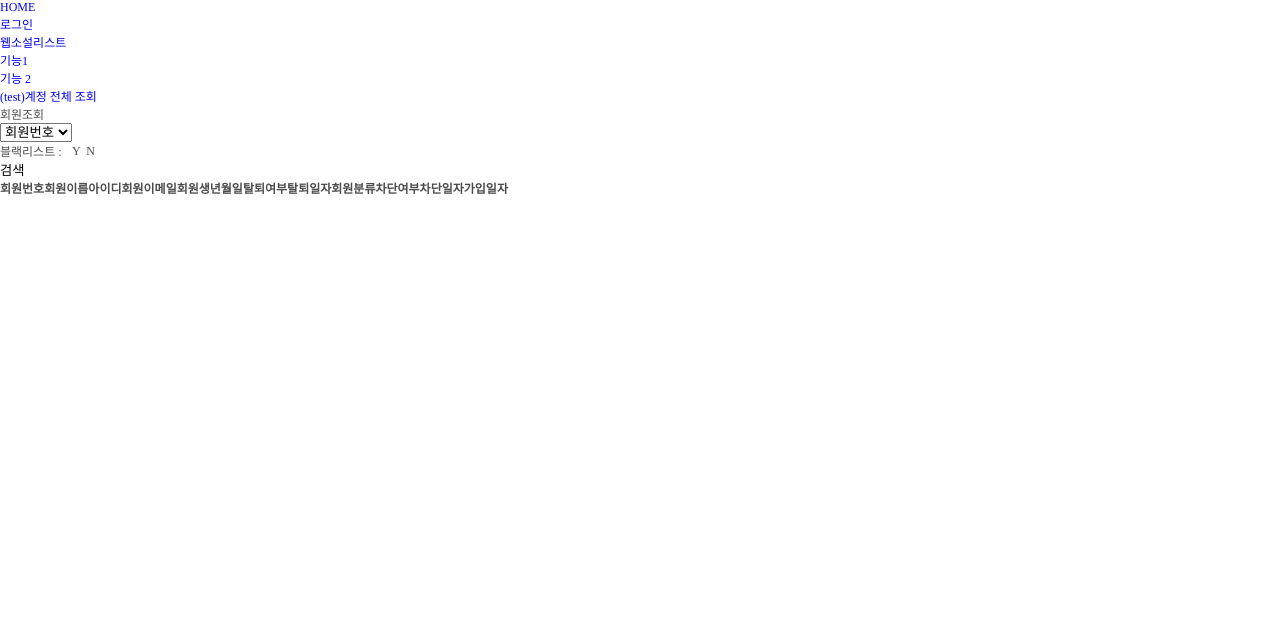
Repository: hoony0203/firstbook
Page: http://localhost/first_book/WEB-INF/views/admin/memberList.jsp
An editor plug-in stored every save of this project. The page is shown before and after the next save, followed by the edit.
The browser window is 1280 px wide. The pictures show the whole page.
The page is served by Tomcat 9. Nobody is signed in. Other server files are loaded and not shown. The template is opened directly, without the code that normally fills it, so the values that code supplies are empty.

Above is the page before, as saved 2021-04-09 13:47:10.

### first_book/web/WEB-INF/views/admin/memberList.jsp
<%@ page language="java" contentType="text/html; charset=UTF-8"
    pageEncoding="UTF-8"%>
<%@ taglib prefix="c" uri="http://java.sun.com/jsp/jstl/core" %>
<!DOCTYPE html>
<html>
<head>
<meta charset="UTF-8">
<title>Insert title here</title>
</head>

<link rel="stylesheet" href="/firstbook/resources/css/common/reset.css">

<style>


</style>

<body>
	<jsp:include page="../common/header.jsp"></jsp:include>

	<aside>

		<div id="memSearchFormHead" class="inbox"> 회원조회 </div>

		<div id="memSearchFormBody" class="inbox">
		<form action="">

			<table class="memSearchTable">
				<tr>
					<td>

					<select id="memSearchCondition" name="memSearchCondition">

						<option value="memNum">회원번호</option>
						<option value="name">이름</option>
						<option value="email">이메일</option>
						<option value="birthDate">생년월일</option>
						<option value="enrollDate">가입일시</option>

					</select>
					</td>

					<td> <input type="search" id="memSearchValue" name="memSearchValue"></td>
				</tr>

				<tr>
					<td> <label>블랙리스트 : </label>  </td>
					<td>

					<label>Y </label><input type="radio" name="blockCheck">
					<label>N </label><input type="radio" name="blockCheck" checked="checked">

					</td>
				</tr>
				<tr></tr>
				<tfoot>
				<tr>
					<td colspan="2"> <button type="button" class="btn">검색</button> </td>

				</tr>
				</tfoot>

			</table>

		</form>
		</div>




	</aside>


	<section>


	<table class="memList">

		<thead>
		<tr>
			<th>회원번호</th>
			<th>회원이름</th>
			<th>아이디</th>
			<th>회원이메일</th>
			<th>회원생년월일</th>
			<th>탈퇴여부</th>
			<th>탈퇴일자</th>
			<th>회원분류</th>
			<th>차단여부</th>
			<th>차단일자</th>
			<th>가입일자</th>

		</tr>
		</thead>

		<tbody>
		<c:forEach var="mem" items="${ requestScope.memList }">

			<tr>
				<td>${ mem.memNum }</td>
				<td>${ mem.memName }</td>
				<td>${ mem.memId }</td>
				<td>${ mem.memEmail }</td>
				<td>${ mem.memBirthDate }</td>
				<td>${ mem.memWithdrawYn }</td>
				<td>${ mem.memWithdrawDate }</td>
				<td>${ mem.memClass }</td>
				<td>${ mem.memBlockYn }</td>
				<td>${ mem.memBlockDate }</td>
				<td>${ mem.memEnrollDate }</td>
			</tr>

		</c:forEach>
		</tbody>
	</table>
	</section>


</body>
</html>

### first_book/web/WEB-INF/views/common/header.jsp
<%@ page language="java" contentType="text/html; charset=UTF-8"
    pageEncoding="UTF-8"%>
<%@ taglib prefix="c" uri="http://java.sun.com/jsp/jstl/core" %>
<!DOCTYPE html>
<html>
<head>
<meta charset="UTF-8">



<title>Insert title here</title>

</head>
<body>
		<div class="menu-area">
		<div class="nav-area">
			<ul>
				<li><a href="${ pageContext.servletContext.contextPath }">HOME</a></li>
				<li><a href="${ pageContext.servletContext.contextPath }/member/login">로그인</a></li>
				<li><a href="${ pageContext.servletContext.contextPath }/webnovel/list">웹소설리스트</a></li>
				<li><a href="${ pageContext.servletContext.contextPath }/board/list">기능1</a></li>
				<li><a href="${ pageContext.servletContext.contextPath }/thmbnail/list">기능 2</a></li>
				<li><a href="${ pageContext.servletContext.contextPath }/admin/list">(test)계정 전체 조회</a></li>
			</ul>
		</div> <!-- nav-area end -->
	</div> <!-- menu-area end -->

</body>
</html>

### first_book/web/resources/css/common/reset.css
@charset "UTF-8";



/* 테두리기준 */

* {
  margin: 0;
  padding: 0;
  -webkit-box-sizing: border-box;
  -moz-box-sizing: border-box;
  box-sizing: border-box;
}

body {
  overflow-x: hidden;
  font-family: "Malgun Gothic";
  background: #ffffff;
  color: #4c4c4c;
  font-size: 12px;
}

.cf:after {
  content: " ";
  display: block;
  clear: both;
}

ol, ul, li, dl {
  list-style:none;
}

a {
  text-decoration: none;
}

/* 텍스트 */

h1 {
  visibility: hidden;
}

/* 테이블 */

table {
  border-collapse: collapse;
}

input {
  -webkit-appearance: none;
  -moz-appearance: none;
  appearance: none;
  border: none;
}

button{
  background: inherit;
  border:none;
  box-shadow:none;
  border-radius:0;
  padding:0;
  overflow:visible;
  cursor:pointer;
}

### first_book/web/resources/css/admin/memList.css
@charset "UTF-8";
	section { margin-top: 85px; margin-left : 50px; }

	section table {	 text-align : center; border-collapse: collapse; border-spacing: 0; border: 1px solid #444444;}
	section table thead { background-color: red; color : white; }
	section table thead>tr>th { height : 40px; width: 100px;	}
	section table tbody>tr:nth-child(odd) { background-color: #CFCFCF; }


	aside { float:right; margin-top: 70px; margin-right : 50px; height : 350px; width : 400px; border: 1px solid #444444;}

	.inbox { display: -webkit-box; display: -moz-box; display: -ms-flexbox; display: flex; -webkit-box-align: center;
        -moz-box-align: center; -ms-flex-align: center; align-items: center; /* 수직 정렬 */
        -webkit-box-pack: center; -moz-box-pack: center; -ms-flex-pack: center; justify-content: center; /* 수평 정렬 */ }

	#memSearchFormHead { font-size : 20px; text-align : center; background-color: red;
		color : white; width : 400px; height: 50px; }

	#memSearchFormBody { margin-top: 20px; }

	.memSearchTable { margin-top : 15px; text-align: center; border-spacing: 30px;}

	.btn { font-size : 20px; border : 0px; outline : 0px; color : white; background-color: red; width: 200px;}
	.btn:hover { background-color: #333333; color: white;}

After the next save:
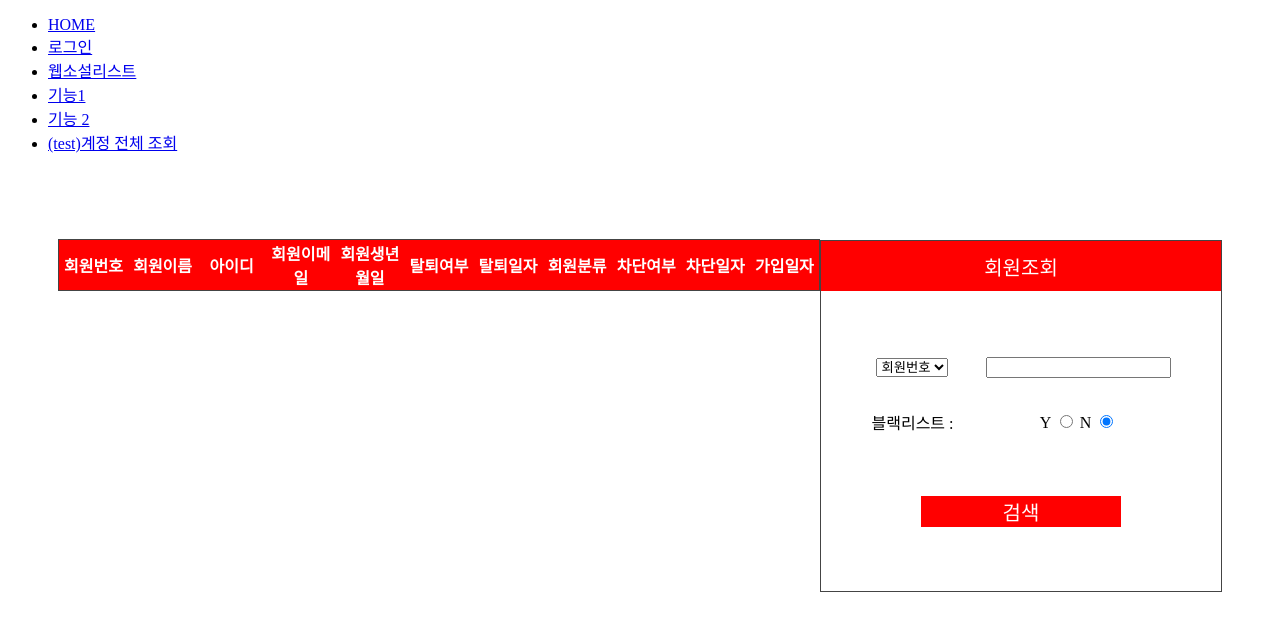
Saved 27 s later.
--- a/first_book/web/WEB-INF/views/admin/memberList.jsp
+++ b/first_book/web/WEB-INF/views/admin/memberList.jsp
@@ -8,7 +8,7 @@
 <title>Insert title here</title>
 </head>
 
-<link rel="stylesheet" href="/firstbook/resources/css/common/reset.css">
+<link rel="stylesheet" href="/firstbook/resources/css/admin/memList.css">
 
 <style>
 
